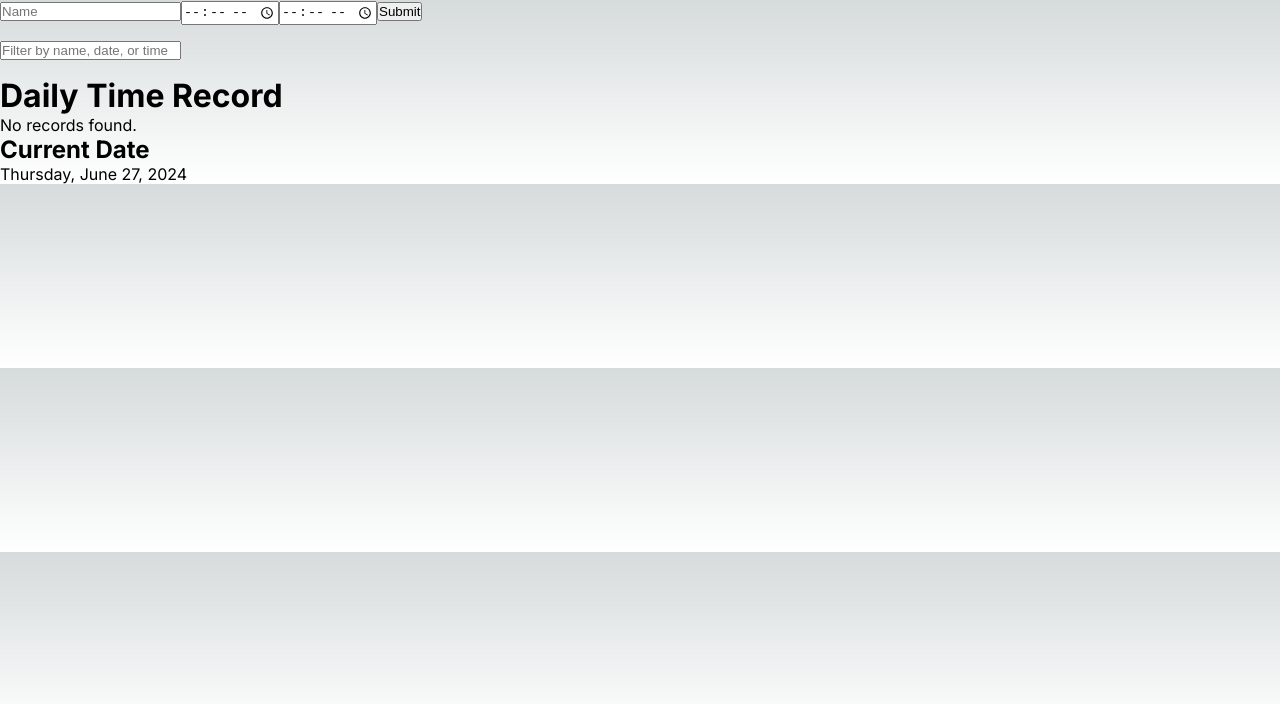
Repository: EeeeeEyyyy/daily_time_record
Page: /
These files come from the project's save history. The page is drawn as it stood at one moment and after the next save; the edit follows.
The browser window is 1280 px wide. The pictures show the whole page.
The project was rebuilt for these pictures with package versions that can differ from the ones it lists, and the page was loaded fresh each time. The framework's server and built-in components were replaced by stand-ins that run in the browser. Also part of the build but not shown: next.config.mjs.

Above is the page before, as saved 2024-06-27 13:56:11.

### src/app/layout.js
import { Inter } from "next/font/google";
import "./globals.css";

const inter = Inter({ subsets: ["latin"] });

export const metadata = {
  title: "Daily Time Record",
  description: "Generated by create next app",
};

export default function RootLayout({ children }) {
  return (
    <html lang="en">
      <body className={inter.className}>{children}</body>
    </html>
  );
}

### src/app/page.js
"use client";

import React, { useEffect, useState } from 'react';

const DailyTimeRecord = () => {
  const [data, setData] = useState([]);
  const [name, setName] = useState('');
  const [arrivalTime, setArrivalTime] = useState('');
  const [timeOut, setTimeOut] = useState('');
  const [date, setDate] = useState('');
  const [errors, setErrors] = useState({ name: '', arrivalTime: '', timeOut: '' });
  const [filter, setFilter] = useState('');
  const [editIndex, setEditIndex] = useState(null);

  useEffect(() => {
    const storedData = JSON.parse(localStorage.getItem('user')) || [];
    setData(storedData);
    setDate(getCurrentDate());
  }, []);

  const getCurrentDate = () => {
    const now = new Date();
    return now.toLocaleDateString('en-US', {
      weekday: 'long',
      year: 'numeric',
      month: 'long',
      day: 'numeric'
    });
  };

  const formatTime = (time) => {
    const [hour, minute] = time.split(':');
    const hourInt = parseInt(hour);
    const ampm = hourInt >= 12 ? 'PM' : 'AM';
    const formattedHour = hourInt % 12 || 12;
    return `${formattedHour}:${minute} ${ampm}`;
  };

  const handleChangeName = (value) => {
    setName(value);
  };

  const handleChangeArrivalTime = (value) => {
    setArrivalTime(value);
  };

  const handleChangeTimeOut = (value) => {
    setTimeOut(value);
  };

  const handleSubmit = () => {
    const newErrors = {
      name: name ? '' : 'Name is required',
      arrivalTime: arrivalTime ? '' : 'Arrival time is required',
      timeOut: timeOut ? '' : 'Time out is required'
    };

    if (newErrors.name || newErrors.arrivalTime || newErrors.timeOut) {
      setErrors(newErrors);
      return;
    }

    const payload = {
      name,
      date,
      arrivalTime: formatTime(arrivalTime),
      timeOut: formatTime(timeOut)
    };

    if (editIndex !== null) {
      const updatedData = data.map((item, index) =>
        index === editIndex ? payload : item
      );
      setData(updatedData);
      localStorage.setItem('user', JSON.stringify(updatedData));
      setEditIndex(null);
    } else {
      const updatedData = [...data, payload];
      setData(updatedData);
      localStorage.setItem('user', JSON.stringify(updatedData));
    }

    // Clear the input fields
    setName('');
    setArrivalTime('');
    setTimeOut('');
    setErrors({ name: '', arrivalTime: '', timeOut: '' });
  };

  const handleDelete = (index) => {
    const updatedData = data.filter((_, i) => i !== index);
    setData(updatedData);
    localStorage.setItem('user', JSON.stringify(updatedData));
  };

  const handleEdit = (index) => {
    const record = data[index];
    setName(record.name);
    setArrivalTime(record.arrivalTime);
    setTimeOut(record.timeOut);
    setEditIndex(index);
  };

  const handleFilterChange = (e) => {
    setFilter(e.target.value);
  };

  const filteredData = data.filter((item) => {
    const searchTerm = filter.toLowerCase();
    return (
      item.name.toLowerCase().includes(searchTerm) ||
      item.date.toLowerCase().includes(searchTerm) ||
      item.arrivalTime.toLowerCase().includes(searchTerm) ||
      item.timeOut.toLowerCase().includes(searchTerm)
    );
  });

  return (
    <div>
      <input
        type="text"
        placeholder="Name"
        value={name}
        onChange={(e) => handleChangeName(e.target.value)}
      />
      {errors.name && <p style={{ color: 'red' }}>{errors.name}</p>}
      <input
        type="time"
        placeholder="Time of Arrival"
        value={arrivalTime}
        onChange={(e) => handleChangeArrivalTime(e.target.value)}
      />
      {errors.arrivalTime && <p style={{ color: 'red' }}>{errors.arrivalTime}</p>}
      <input
        type="time"
        placeholder="Time Out"
        value={timeOut}
        onChange={(e) => handleChangeTimeOut(e.target.value)}
      />
      {errors.timeOut && <p style={{ color: 'red' }}>{errors.timeOut}</p>}
      <button onClick={handleSubmit}>
        {editIndex !== null ? 'Update' : 'Submit'}
      </button>

      <input
        type="text"
        placeholder="Filter by name, date, or time"
        value={filter}
        onChange={handleFilterChange}
        style={{ marginTop: '1rem', display: 'block' }}
      />

      <div style={{ marginTop: '1rem' }}>
        <h1>Daily Time Record</h1>
        {filteredData.length > 0 ? (
          filteredData.map((item, index) => (
            <div key={index} style={{ marginBottom: '1rem' }}>
              <pre style={{ color: 'red' }}>
                Name: {item.name}<br />
                Date: {item.date}<br />
                Time of Arrival: {item.arrivalTime}<br />
                Time Out: {item.timeOut}
              </pre>
              <button onClick={() => handleEdit(index)}>Edit</button>
              <button onClick={() => handleDelete(index)}>Delete</button>
            </div>
          ))
        ) : (
          <p>No records found.</p>
        )}
        <h2>Current Date</h2>
        <p>{date}</p>
      </div>
    </div>
  );
};

export default DailyTimeRecord;

Loaded but not shown: src/app/globals.css (common file)

After the next save:
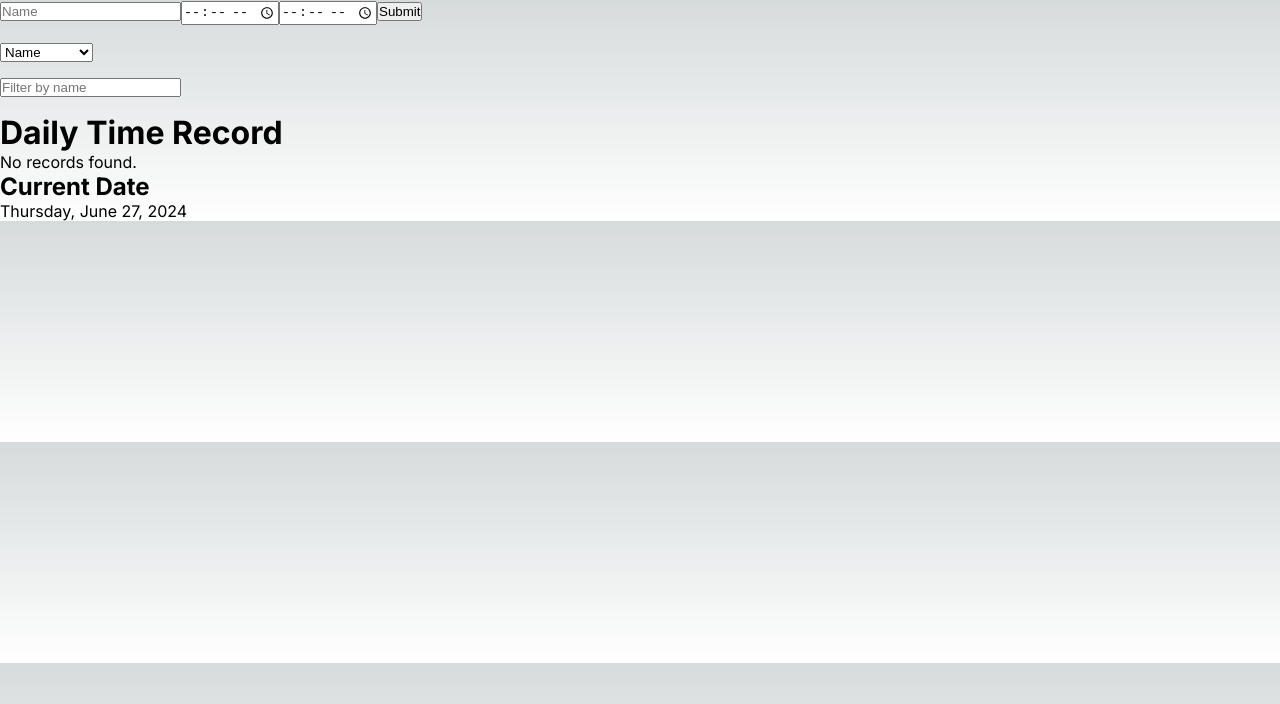
Saved 3 min 24 s later.
--- a/src/app/page.js
+++ b/src/app/page.js
@@ -10,6 +10,7 @@ const DailyTimeRecord = () => {
   const [date, setDate] = useState('');
   const [errors, setErrors] = useState({ name: '', arrivalTime: '', timeOut: '' });
   const [filter, setFilter] = useState('');
+  const [filterType, setFilterType] = useState('name');
   const [editIndex, setEditIndex] = useState(null);
 
   useEffect(() => {
@@ -105,14 +106,22 @@ const DailyTimeRecord = () => {
     setFilter(e.target.value);
   };
 
+  const handleFilterTypeChange = (e) => {
+    setFilterType(e.target.value);
+  };
+
   const filteredData = data.filter((item) => {
     const searchTerm = filter.toLowerCase();
-    return (
-      item.name.toLowerCase().includes(searchTerm) ||
-      item.date.toLowerCase().includes(searchTerm) ||
-      item.arrivalTime.toLowerCase().includes(searchTerm) ||
-      item.timeOut.toLowerCase().includes(searchTerm)
-    );
+    if (filterType === 'name') {
+      return item.name.toLowerCase().includes(searchTerm);
+    } else if (filterType === 'date') {
+      return item.date.toLowerCase().includes(searchTerm);
+    } else if (filterType === 'arrivalTime') {
+      return item.arrivalTime.toLowerCase().includes(searchTerm);
+    } else if (filterType === 'timeOut') {
+      return item.timeOut.toLowerCase().includes(searchTerm);
+    }
+    return false;
   });
 
   return (
@@ -142,20 +151,28 @@ const DailyTimeRecord = () => {
         {editIndex !== null ? 'Update' : 'Submit'}
       </button>
 
-      <input
-        type="text"
-        placeholder="Filter by name, date, or time"
-        value={filter}
-        onChange={handleFilterChange}
-        style={{ marginTop: '1rem', display: 'block' }}
-      />
+      <div style={{ marginTop: '1rem' }}>
+        <select value={filterType} onChange={handleFilterTypeChange}>
+          <option value="name">Name</option>
+          <option value="date">Date</option>
+          <option value="arrivalTime">Arrival Time</option>
+          <option value="timeOut">Time Out</option>
+        </select>
+        <input
+          type="text"
+          placeholder={`Filter by ${filterType}`}
+          value={filter}
+          onChange={handleFilterChange}
+          style={{ display: 'block', marginTop: '1rem' }}
+        />
+      </div>
 
       <div style={{ marginTop: '1rem' }}>
         <h1>Daily Time Record</h1>
         {filteredData.length > 0 ? (
           filteredData.map((item, index) => (
             <div key={index} style={{ marginBottom: '1rem' }}>
-              <pre style={{ color: 'red' }}>
+              <pre style={{ color: 'black' }}>
                 Name: {item.name}<br />
                 Date: {item.date}<br />
                 Time of Arrival: {item.arrivalTime}<br />
